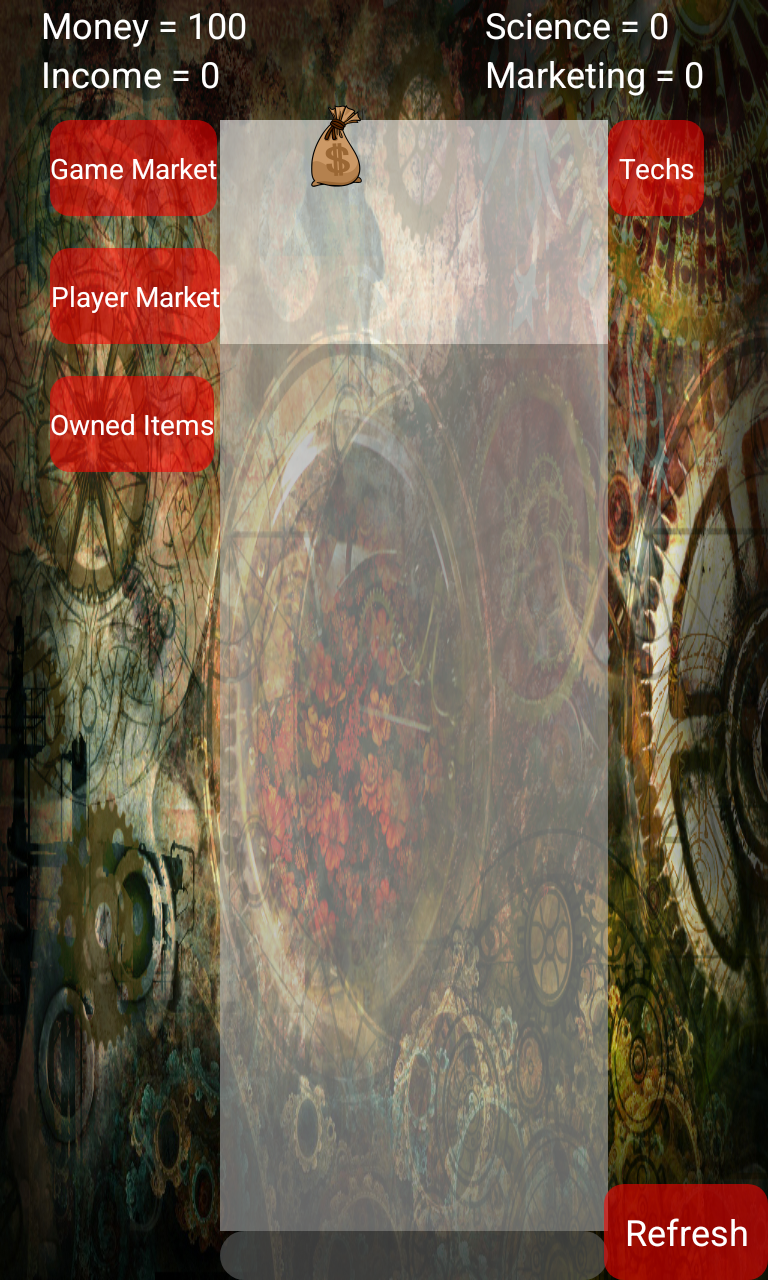
Repository: jkrepps/CSCE-482
Layout: Mobile Client (eclipse)/Industry of Deciet/res/layout/activity_hudscreen.xml
These files come from the project's save history. The layout is drawn as it stood at one moment and after the next save; the edit follows.
It is drawn on a 768 x 1280 px phone screen (xhdpi) without system bars, with theme AppTheme; the app's code is not run.

Above is the layout before, as saved 2014-12-04 07:45:17.

After the next save:
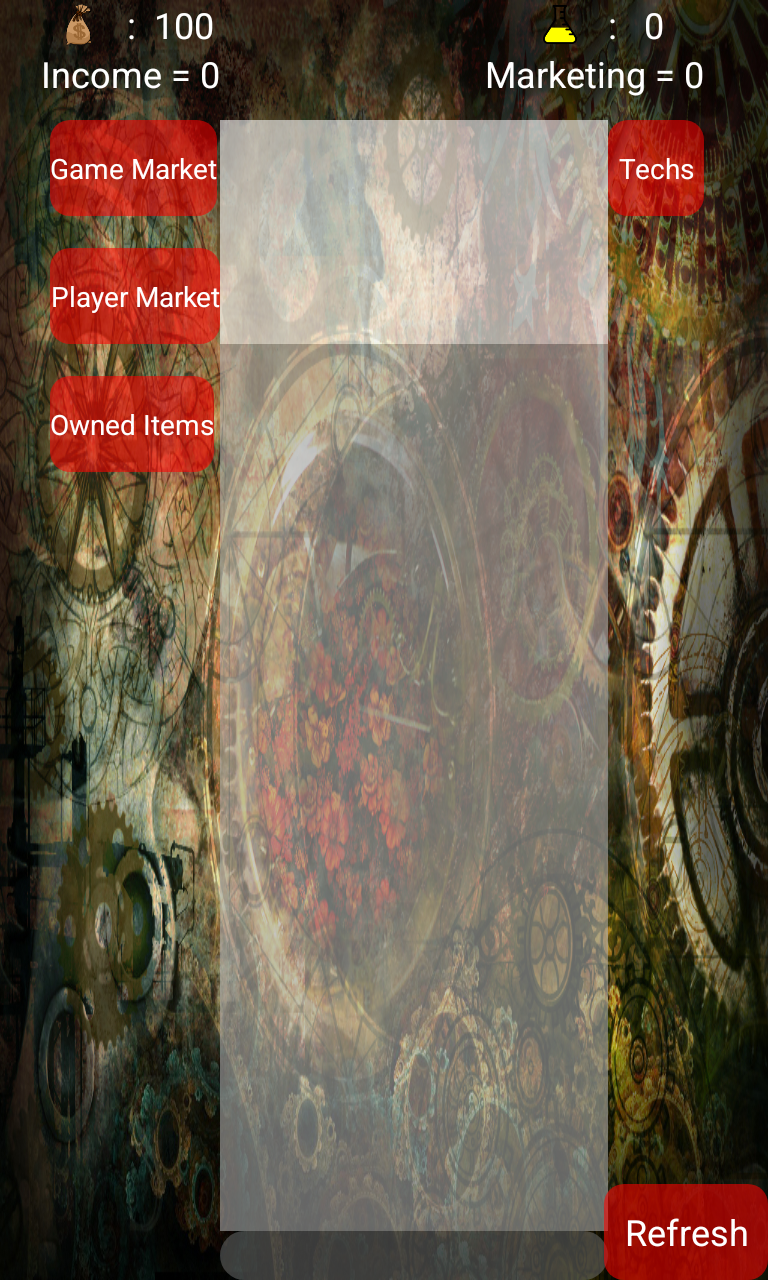
Saved 10 min 48 s later.
--- a/Mobile Client (eclipse)/Industry of Deciet/res/layout/activity_hudscreen.xml
+++ b/Mobile Client (eclipse)/Industry of Deciet/res/layout/activity_hudscreen.xml
@@ -120,28 +120,6 @@
             android:textColor="#FFFFFF" />
 
         <TextView
-            android:id="@+id/textView2"
-            android:layout_width="wrap_content"
-            android:layout_height="wrap_content"
-            android:layout_alignLeft="@+id/textView3"
-            android:layout_alignParentTop="true"
-            android:background="#00000000"
-            android:text="Science = 0"
-            android:textAppearance="?android:attr/textAppearanceMedium"
-            android:textColor="#ffffff" />
-
-        <TextView
-            android:id="@+id/textView1"
-            android:layout_width="wrap_content"
-            android:layout_height="wrap_content"
-            android:layout_alignLeft="@+id/textView4"
-            android:layout_alignParentTop="true"
-            android:background="#00000000"
-            android:text="Money = 100"
-            android:textAppearance="?android:attr/textAppearanceMedium"
-            android:textColor="#FFFFFF" />
-
-        <TextView
             android:id="@+id/textView4"
             android:layout_width="wrap_content"
             android:layout_height="wrap_content"
@@ -163,14 +141,43 @@
             android:textAppearance="?android:attr/textAppearanceMedium"
             android:textColor="#FFFFFF" />
 
+        <TextView
+            android:id="@+id/textView1"
+            android:layout_width="wrap_content"
+            android:layout_height="wrap_content"
+            android:layout_above="@+id/textView3"
+            android:layout_alignRight="@+id/button5"
+            android:background="#00000000"
+            android:text=":  100"
+            android:textAppearance="?android:attr/textAppearanceMedium"
+            android:textColor="#FFFFFF" />
+
         <ImageView
             android:id="@+id/imageView1"
             android:layout_width="wrap_content"
             android:layout_height="wrap_content"
-            android:layout_below="@+id/textView3"
-            android:layout_marginLeft="21dp"
-            android:layout_toRightOf="@+id/textView1"
+            android:layout_above="@+id/textView4"
+            android:layout_toLeftOf="@+id/textView1"
             android:src="@drawable/moneybags" />
+
+        <TextView
+            android:id="@+id/textView2"
+            android:layout_width="wrap_content"
+            android:layout_height="wrap_content"
+            android:layout_alignLeft="@+id/button3"
+            android:layout_alignParentTop="true"
+            android:background="#00000000"
+            android:text=":   0"
+            android:textAppearance="?android:attr/textAppearanceMedium"
+            android:textColor="#ffffff" />
+
+        <ImageView
+            android:id="@+id/imageView2"
+            android:layout_width="wrap_content"
+            android:layout_height="wrap_content"
+            android:layout_above="@+id/textView3"
+            android:layout_toLeftOf="@+id/textView2"
+            android:src="@drawable/science" />
 
     </RelativeLayout>
 
